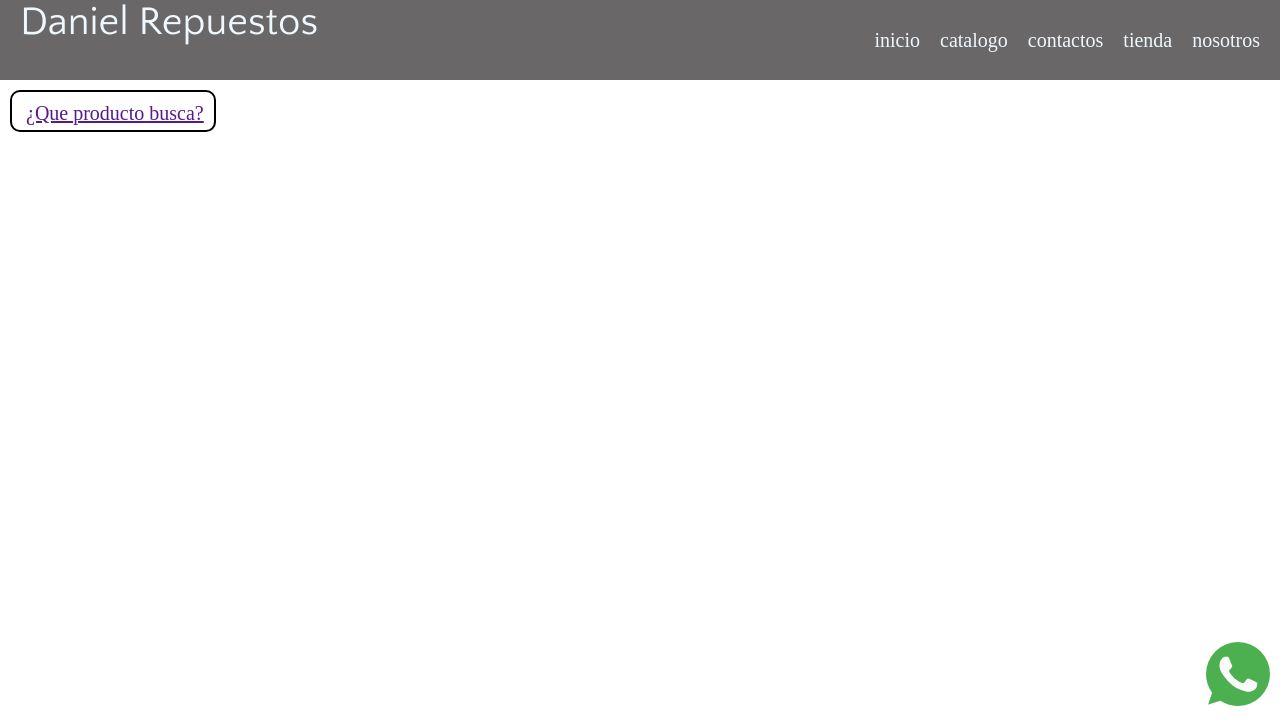
Repository: minesterani/proyecto-caja
Page: pages/catalogo.html
These files come from the project's save history. The page is drawn as it stood at one moment and after the next save; the edit follows.
The browser window is 1280 px wide. The pictures show the whole page.

Above is the page before, as saved 2024-09-25 09:53:09.

### pages/catalogo.html
<!DOCTYPE html>
<html lang="en">
<head>
    <meta charset="UTF-8">
    <meta name="viewport" content="width=device-width, initial-scale=1.0">
    <title>Document</title>
    <link rel="preconnect" href="https://fonts.googleapis.com">
<link rel="preconnect" href="https://fonts.gstatic.com" crossorigin>
<link href="https://fonts.googleapis.com/css2?family=Quattrocento+Sans:ital,wght@0,400;0,700;1,400;1,700&display=swap" rel="stylesheet">
    <link rel="stylesheet" href="../css/style.css">
</head>
<body>
    <header class="header-catalogo">
        <h1>Daniel Repuestos</h1>
        <nav>
            <ul class="nav-catalogo">
                <li><a href="../index.html">inicio</a></li>
                <li><a href="#">catalogo</a></li>
                <li><a href="./contactos.html">contactos</a></li>
                <li><a href="./tienda.html">tienda</a></li>
                <li><a href="./nosotros.html">nosotros</a></li>
            </ul>
        </nav>
    </header>
    <main>
        <section class="section-catalogo">
            <a href="" class="boton">¿Que producto busca?</a>
        </section>
    </main>
    <footer>
        <a class="whatsapp-catalogo"href="https://wa.me/3416513963" target="_blank">
        <img src="../assets/img/whatsapp.png" alt="">
        </a>
    </footer>

</body>
</html>

### css/style.css
/* Estilo global */
* {
    margin: 0;
    padding: 0;
    box-sizing: border-box;
}

h1 {
    background-color: rgb(105, 103, 103);
    width: 100%;
    height: 80px;
    font-size: 40px;
    color: aliceblue;
    font-family: "Quattrocento Sans", sans-serif;
    font-weight: 400;
    font-style: normal;
}

/* Header */
.header-index, .header-tienda, .header-catalogo, .header-contactos, .header-nosotros {
    display: flex;
    width: 100%;
    flex-direction: row;
    background-color: rgb(105, 103, 103);
    justify-content: space-between;
    align-items: center;
    padding: 0px 20px;
    position: sticky;
    top: 0;
}

/* Navegación */
.navBar, .navtienda, .nav-catalogo, .nav-Contactos, .navNos {
    display: flex;
    list-style-type: none;
    gap: 20px;
}

.navBar li a, .navtienda li a, .nav-catalogo li a, .nav-Contactos li a, .navNos li a {
    text-decoration: none;
    color: aliceblue;
    font-size: 20px;
}

/* Sección Principal */
.section-principal {
    background-color: lightblue;
    width: 100%;
    height: 25rem;
    background-image: url("../assets/img/mercedes gris.jpeg");
    background-position: center;
    background-size: cover;
    background-repeat: no-repeat;
}

/* Botón */
.boton {
    background-color: white;
    font-size: 1.25rem;
    padding: 10px 10px 5px 14px;
    border-width: 2px;
    border-style: solid;
    border-color: black;
    border-radius: 10px;
    position: fixed;
    margin: 10px;
}
.grid {
    display: grid;
    grid-template-columns: repeat(8, 1fr); /* 8 columnas iguales */
    gap: 10px; /* Espacio entre las imágenes */
    width: 100%;
    padding: 0;
    margin: 0;
}

.grid img {
    width: 100%;
    height: 200px; /* Ajusta la altura según sea necesario */
    object-fit: cover; /* Las imágenes se ajustarán sin deformarse */
}

/* Sección de Contactos */
.section-contactos, .section-tienda, .section-catalogos, .section-nosotros {
    background-color: lightblue;
    width: 100%;
    height: 25rem;
    background-image: url("../assets/img/mercedes gris.jpeg");
    background-position: center;
    background-size: cover;
    background-repeat: no-repeat;
    opacity: 0.3;
}

.section-nosotros {
    position: relative;
    padding: 50px;
    background-image: url("../assets/img/mercedes\ gris.jpeg");
    background-size: cover;
    background-position: center;
    background-repeat: no-repeat;
    opacity: 0.7;
    color: white;
    font-family: "Quattrocento Sans", sans-serif;
    height: auto;
}

.container-nosotros {
    display: flex;
    justify-content: space-between;
    align-items: flex-start;
    max-width: 1200px;
    margin: 0 auto;
    overflow: hidden;
}

.texto-nosotros {
    width: 55%;
    padding: 20px;
    background-color: rgba(0, 0, 0, 0.5);
    border-radius: 10px;
    color: white;
    overflow: hidden;
}

.texto-nosotros h2 {
    margin-bottom: 20px;
    font-size: 2.5rem;
}

.texto-nosotros p {
    margin-bottom: 15px;
    font-size: 1.2rem;
    line-height: 1.6;
}

.imagenes-nosotros {
    width: 40%;
    display: flex;
    flex-direction: column;
    gap: 10px;
    align-items: flex-start;
}

.imagenes-nosotros img {
    width: 100%;
    height: auto;
    max-width: 300px;
    border-radius: 10px;
    object-fit: cover;
    overflow: hidden;

}
.section-tienda {
    background-color: lightblue;
    width: 100%; /* Ajusta el ancho según sea necesario */
    height: 50rem; /* Aumenta la altura del contenedor */
    padding: 20px;
    background-image: url("../assets/img/mercedes gris.jpeg");
    background-position: center;
    background-size: cover;
    background-repeat: no-repeat;
    opacity: 0.9;
}

.contenedor-tienda {
    display: flex;
    flex-wrap: wrap;
    justify-content: center;
    gap: 20px; /* Espacio entre las fotos */
    padding: 20px;
}

/* Sección Contactos */
.section-contactos {
    background-color: lightblue;
    width: 100%;
    padding: 50px 20px;
    background-image: url("../assets/img/mercedes gris.jpeg");
    background-position: center;
    background-size: cover;
    background-repeat: no-repeat;
    opacity: 0.9; /* Aumenta la opacidad para mejor visibilidad */
    color: black;
    height: auto; /* Altura automática según contenido */
}

.container-contactos {
    display: flex;
    justify-content: space-between;
    align-items: flex-start;
    max-width: 1200px; /* Ancho máximo del contenedor */
    margin: 0 auto; /* Centra el contenedor horizontalmente */
    gap: 20px; /* Espacio entre el mapa y los datos */
}

.mapa {
    flex: 1;
}

.mapa iframe {
    width: 100%;
    height: 400px; /* Ajusta la altura según lo necesites */
    border: none;
}

.datos-empresa {
    flex: 1;
    padding-left: 20px; /* Espacio a la izquierda de los datos */
    font-size: 25rem;
}

.datos-empresa h3 {
    margin-bottom: 15px;
    font-size: 2rem;
    font-weight: 700;
}

.datos-empresa p {
    margin-bottom: 15px;
    font-size: 2rem;
    line-height: 1,6;
}

/* Footer */
.footer-content {
    background-color: #f4f4f4;
    padding: 20px;
    margin-top: 0;
    clear: both;
}

.columns {
    display: flex;
    justify-content: space-between;
    align-items: flex-start;
    margin-bottom: 0;
    padding: 20px 0;
}

.left-column, .right-column {
    width: 48%;
}

.left-column iframe {
    width: 100%;
    height: 300px;
    border: 0;
}

.right-column {
    padding-left: 20px;
    text-align: center;
    padding-top: 20px;
}

.right-column h3, .right-column p {
    margin: 10px 0;
}

.footer-bottom {
    text-align: center;
    padding: 10px 0;
    border-top: 1px solid #ccc;
}

.footer-bottom p {
    margin: 5px 0;
}

/* Estilos específicos para WhatsApp */
.whatsapp, .whatsapp-contactos, .whatsapp-tienda, .whatsapp-nosotros, .whatsapp-catalogo {
    position: fixed;
    bottom: 10px;
    right: 10px;
}

/* Media Queries */
@media(max-width: 1024px) {
    .header-index, .header-tienda {
        justify-content: space-around;
    }
}

@media(max-width: 768px) {
    h1 {
        background-color: rgba(197, 193, 193, 0.555);
        height: 80px;
        font-size: 40px;
        padding: 10px;
    }

    .header-index, .header-tienda, .header-catalogo, .header-contactos, .header-nosotros {
        flex-direction: column;
        background-color: gray;
        font-size: 30px;
        padding: 10px;
        align-items: center;
        justify-content: center;
        gap: 30px;
    }

    .navBar, .navtienda, .nav-catalogo, .nav-Contactos, .navNos {
        padding-bottom: .875rem;
    }

    .navBar li a, .navtienda li a, .nav-catalogo li a, .nav-Contactos li a, .navNos li a {
        font-size: 1.5rem;
    }

    .section-principal, .section-tienda, .section-catalogos, .section-contactos, .section-nosotros {
        background-image: url("../assets/img/caja 2.jpg");
        background-size: 100% 100%;
    }

    .container-nosotros {
        flex-direction: column;
        align-items: center;
    }

    .imagenes-nosotros {
        width: 100%;
        display: flex;
        justify-content: center;
        flex-direction: column;
        gap: 15px;
    }

    .imagenes-nosotros img {
        max-height: 300px;
    }

    .texto-nosotros {
        width: 100%;
        text-align: center;
    }
    .mapa, .datos-empresa {
        width: 100%;
        padding: 0;
    }

    .datos-empresa {
        padding-left: 0;
        margin-top: 20px;
        text-align: center;
        font-size: 1.2rem; /* Mantiene el tamaño de fuente aumentado */
    }

}

@media(max-width: 425px) {
    .navBar, .navtienda, .nav-catalogo, .nav-Contactos, .navNos {
        flex-direction: column;
    }

    .grid {
        grid-template-columns: 1fr;
        grid-auto-rows: 200px;
        grid-template-areas:
            "img1"
            "img2"
            "img3"
            "img4"
            "img5"
            "img6"
            "img7"
            "img8";
    }

    .grid img {
        width: 100%;
        height: auto;
        object-fit: cover;
    }

    .columns {
        flex-direction: column;
        align-items: center;
    }

    .left-column, .right-column {
        width: 100%;
        padding: 0;
    }

    .right-column {
        padding-top: 20px;
    }
}

After the next save:
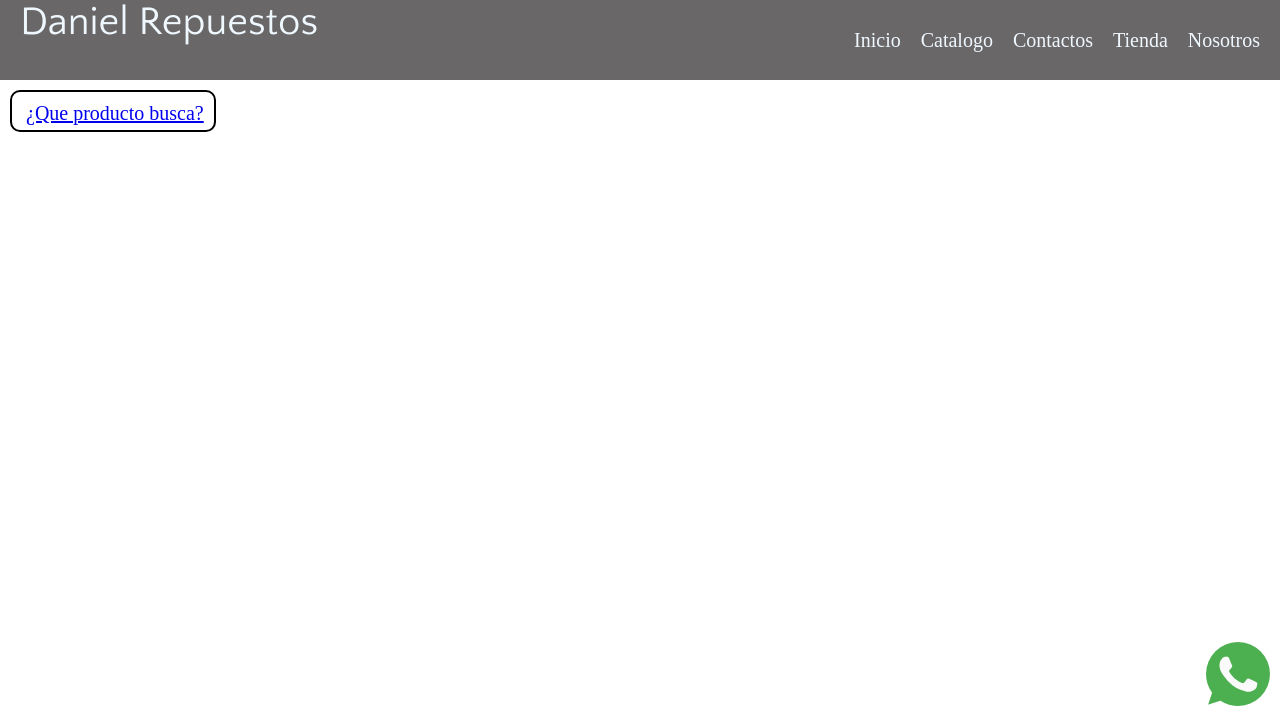
Saved 3 min 34 s later.
--- a/pages/catalogo.html
+++ b/pages/catalogo.html
@@ -14,17 +14,17 @@
         <h1>Daniel Repuestos</h1>
         <nav>
             <ul class="nav-catalogo">
-                <li><a href="../index.html">inicio</a></li>
-                <li><a href="#">catalogo</a></li>
-                <li><a href="./contactos.html">contactos</a></li>
-                <li><a href="./tienda.html">tienda</a></li>
-                <li><a href="./nosotros.html">nosotros</a></li>
+                <li><a href="../index.html">Inicio</a></li>
+                <li><a href="#">Catalogo</a></li>
+                <li><a href="./contactos.html">Contactos</a></li>
+                <li><a href="./tienda.html">Tienda</a></li>
+                <li><a href="./nosotros.html">Nosotros</a></li>
             </ul>
         </nav>
     </header>
     <main>
         <section class="section-catalogo">
-            <a href="" class="boton">¿Que producto busca?</a>
+            <a href="#" class="boton">¿Que producto busca?</a>
         </section>
     </main>
     <footer>
